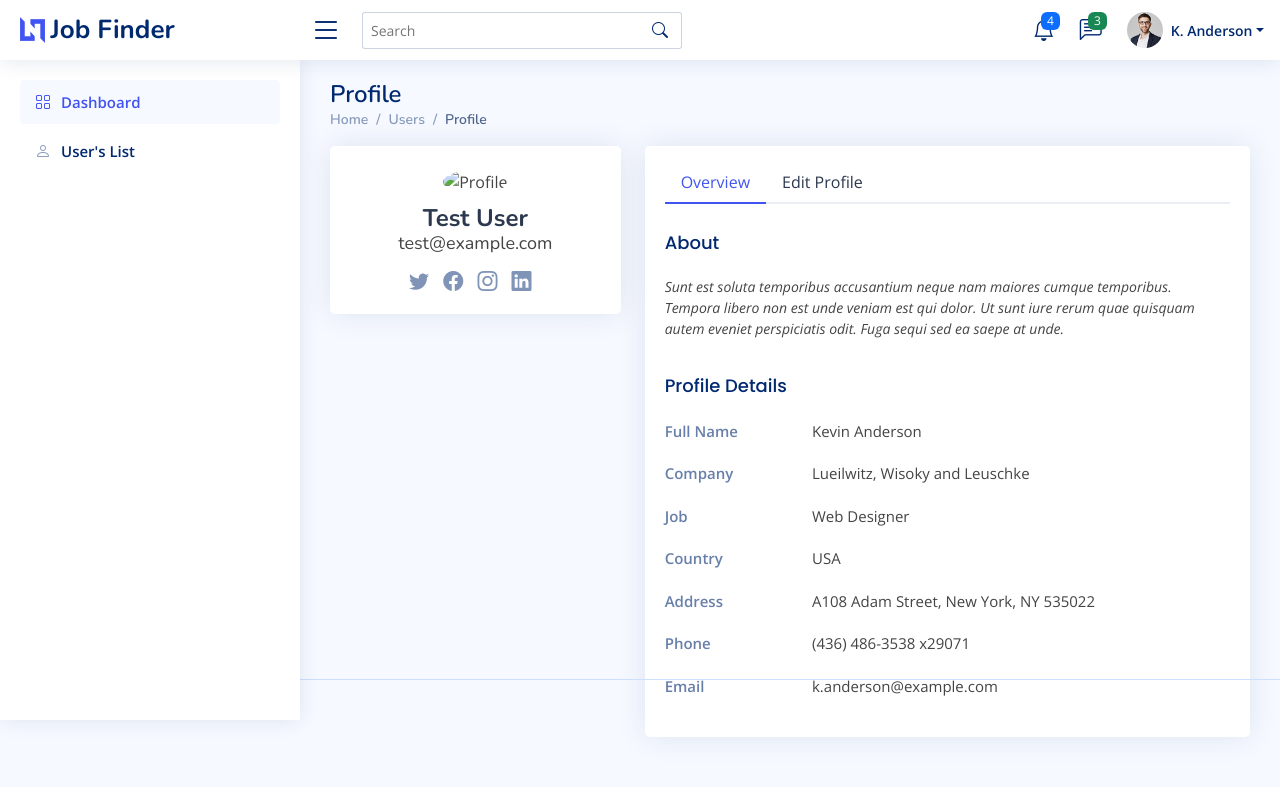
Repository: neha-rouniyar/jobfinder
Page: http://localhost/employer/my-profile
These files come from the project's save history. The page is drawn as it stood at one moment and after the next save; the edit follows.
The browser window is 1280 px wide. The pictures show the whole page.
The page is served by the project's Laravel application, run on PHP 8.4 with Laravel 10. A made-up administrator, Test User (test@example.com), is signed in.

Above is the page before, as saved 2023-12-21 22:35:05.

After the next save:
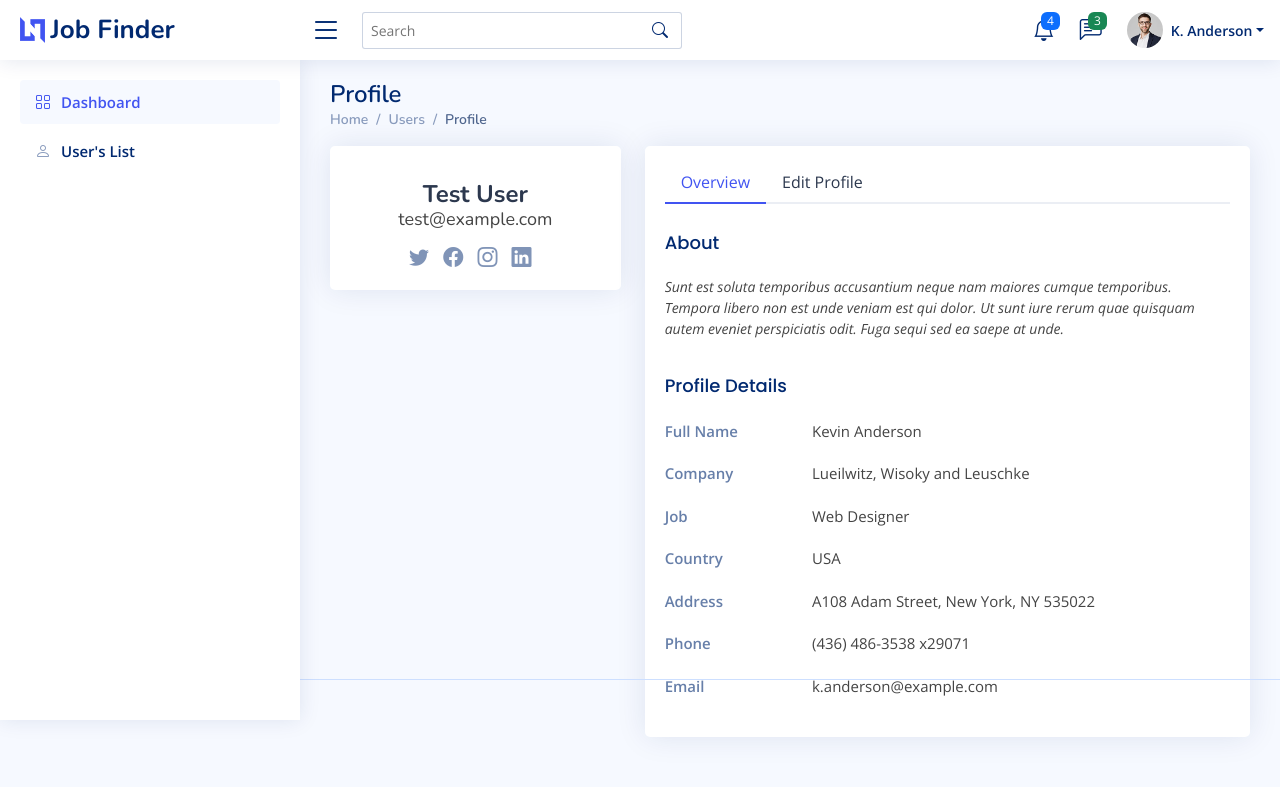
Saved 10 s later.
--- a/resources/views/employer/myProfile.blade.php
+++ b/resources/views/employer/myProfile.blade.php
@@ -22,7 +22,7 @@
               <div class="card">
                 <div class="card-body profile-card pt-4 d-flex flex-column align-items-center">
 
-                  <img src="assets/img/profile-img.jpg" alt="Profile" class="rounded-circle">
+                  {{-- <img src="assets/img/profile-img.jpg" alt="Profile" class="rounded-circle"> --}}
                   <h2>{{Auth::user()->name}}</h2>
                   <h3>{{Auth::user()->email}}</h3>
                   <div class="social-links mt-2">
